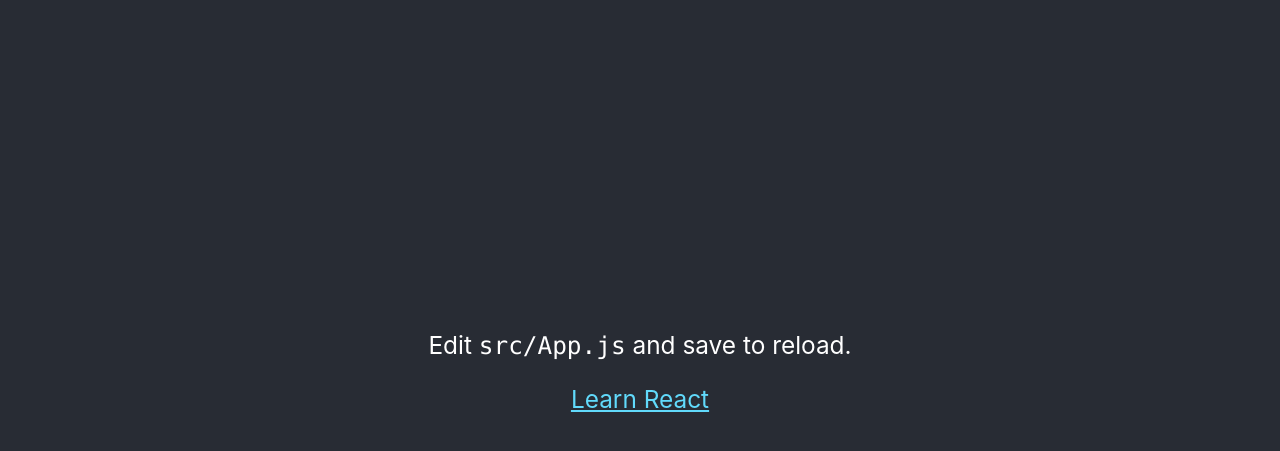
Repository: MikeTroianello/Contact-Manager
Page: /about
The author's editor kept a copy of each file at every save. The page is drawn from the files as they stood at one save, then again after the next save.
The browser window is 1280 px wide. The pictures show the whole page.
The project was rebuilt for these pictures with package versions that can differ from the ones it lists, and the page was loaded fresh each time.

Above is the page before, as saved 2019-05-18 14:24:40.

After the next save:
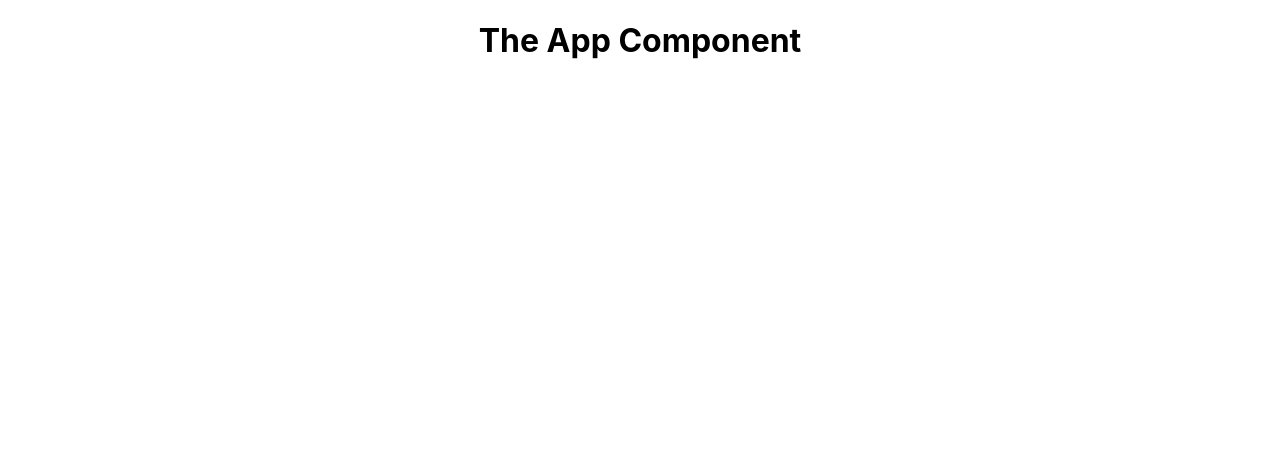
Saved 23 s later.
--- a/src/App.js
+++ b/src/App.js
@@ -5,19 +5,7 @@
 function App() {
   return (
     <div className="App">
-      <header className="App-header">
-        <p>
-          Edit <code>src/App.js</code> and save to reload.
-        </p>
-        <a
-          className="App-link"
-          href="https://reactjs.org"
-          target="_blank"
-          rel="noopener noreferrer"
-        >
-          Learn React
-        </a>
-      </header>
+      <h1>The App Component</h1>
     </div>
   );
 }
